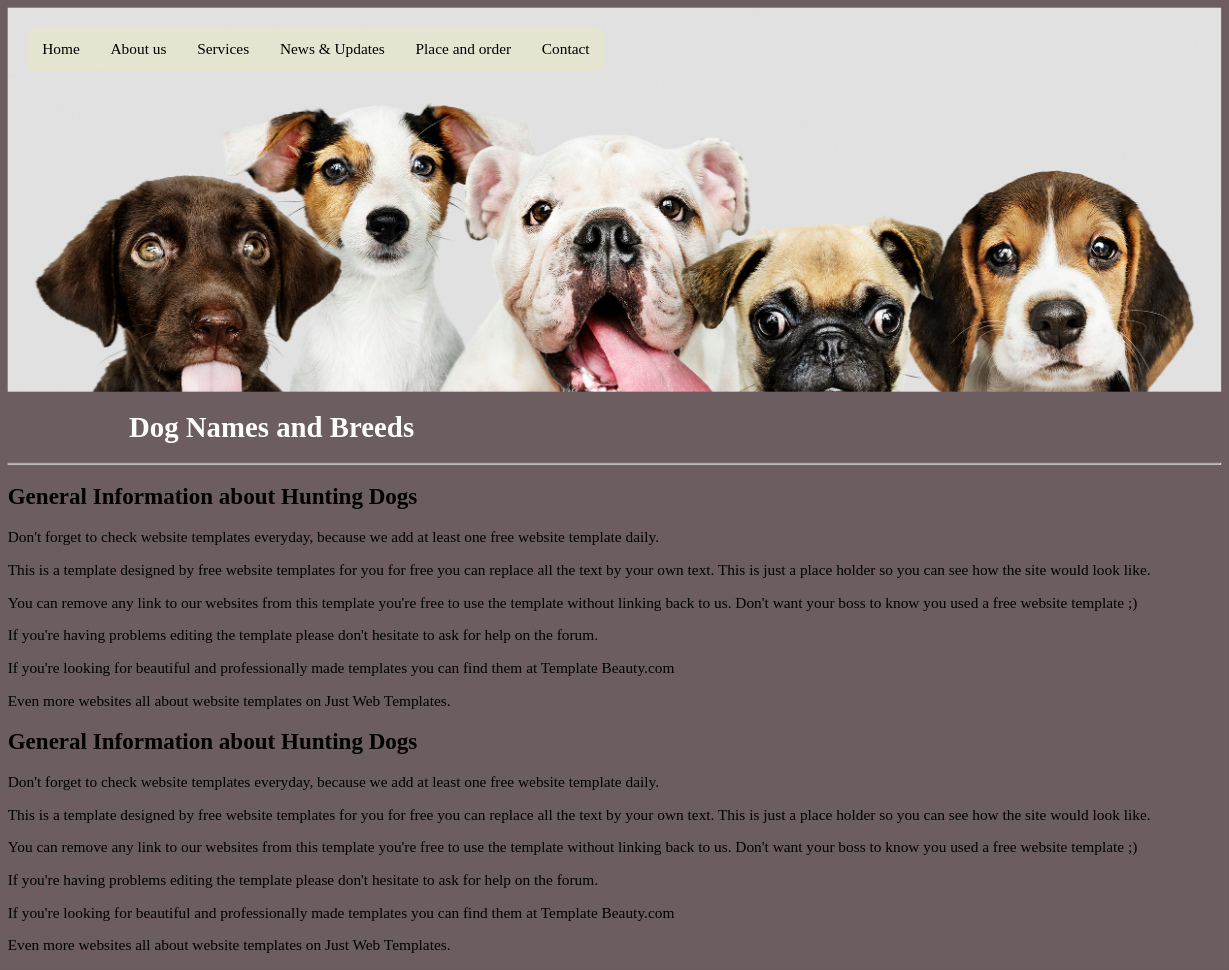
Repository: Tayma-Kazmouz/labwork
Page: index.html
An editor plug-in stored every save of this project. The page is shown before and after the next save, followed by the edit.
The browser window is 1280 px wide. The pictures show the whole page, at 96% of full size.

Above is the page before, as saved 2022-04-04 16:36:00.

### index.html
<!DOCTYPE html>
<html lang="en">
<head>
    <meta charset="UTF-8">
    <meta http-equiv="X-UA-Compatible" content="IE=edge">
    <meta name="viewport" content="width=device-width, initial-scale=1.0">
    <title>LabWork1</title>
    <link rel="stylesheet" href="styles.css">
</head>
<body>
    <div class="banner">
          <div class="nav">
            <ul>
                <li><a class="active" href="#">Home</a></li>
                <li><a href="#">About us</a></li>
                <li><a href="#">Services</a></li>
                <li><a href="#">News & Updates</a></li>
                <li><a href="#">Place and order</a></li>
                <li><a href="#">Contact</a></li>
            </ul>
        </div>
      </div>
      <h1>Dog Names and Breeds</h1>
      <hr>
      <div class="container-one">

          <h2>General Information about Hunting Dogs</h2>
          <p>Don't forget to check website templates everyday, because we add at least one free website template daily.</p>
          <p>This is a template designed by free website templates for you for free you can replace all the text by your own text. This is just a place holder so you can see how the site would look like.</p>
          <p>You can remove any link to our websites from this template you're free to use the template without linking back to us. Don't want your boss to know you used a free website template ;)</p>
          <p>If you're having problems editing the template please don't hesitate to ask for help on the forum.</p>
          <p>If you're looking for beautiful and professionally made templates you can find them at Template Beauty.com</p>
          <p>Even more websites all about website templates on Just Web Templates.</p>

          <h2>General Information about Hunting Dogs</h2>
          <p>Don't forget to check website templates everyday, because we add at least one free website template daily.</p>
          <p>This is a template designed by free website templates for you for free you can replace all the text by your own text. This is just a place holder so you can see how the site would look like.</p>
          <p>You can remove any link to our websites from this template you're free to use the template without linking back to us. Don't want your boss to know you used a free website template ;)</p>
          <p>If you're having problems editing the template please don't hesitate to ask for help on the forum.</p>
          <p>If you're looking for beautiful and professionally made templates you can find them at Template Beauty.com</p>
          <p>Even more websites all about website templates on Just Web Templates.</p>
      </div>
</body>
</html>

### styles.css
body{
    background-color: rgb(107, 93, 96);
}

.banner{
    background-image: url(images/banner.jpg);
    height: 400px;
    position: relative;
    background-position: center;
    background-repeat: no-repeat;
    background-size: cover;
}

.nav{
    background-color: rgb(228, 228, 208);
    border-radius: 10px;
    width: auto;
    position: absolute;
    margin: 20px;
}
ul {
    list-style-type: none;
    margin: 0;
    padding: 0;
    overflow: hidden;
  }

  li {
    float: left;
  }

  li a {
    display: block;
    color: black;
    text-align: center;
    padding: 14px 16px;
    text-decoration: none;
  }

h1{
    color: white;
    font-weight: 600px;
    font-size: 30px;
    margin-left: 10%;
}

After the next save:
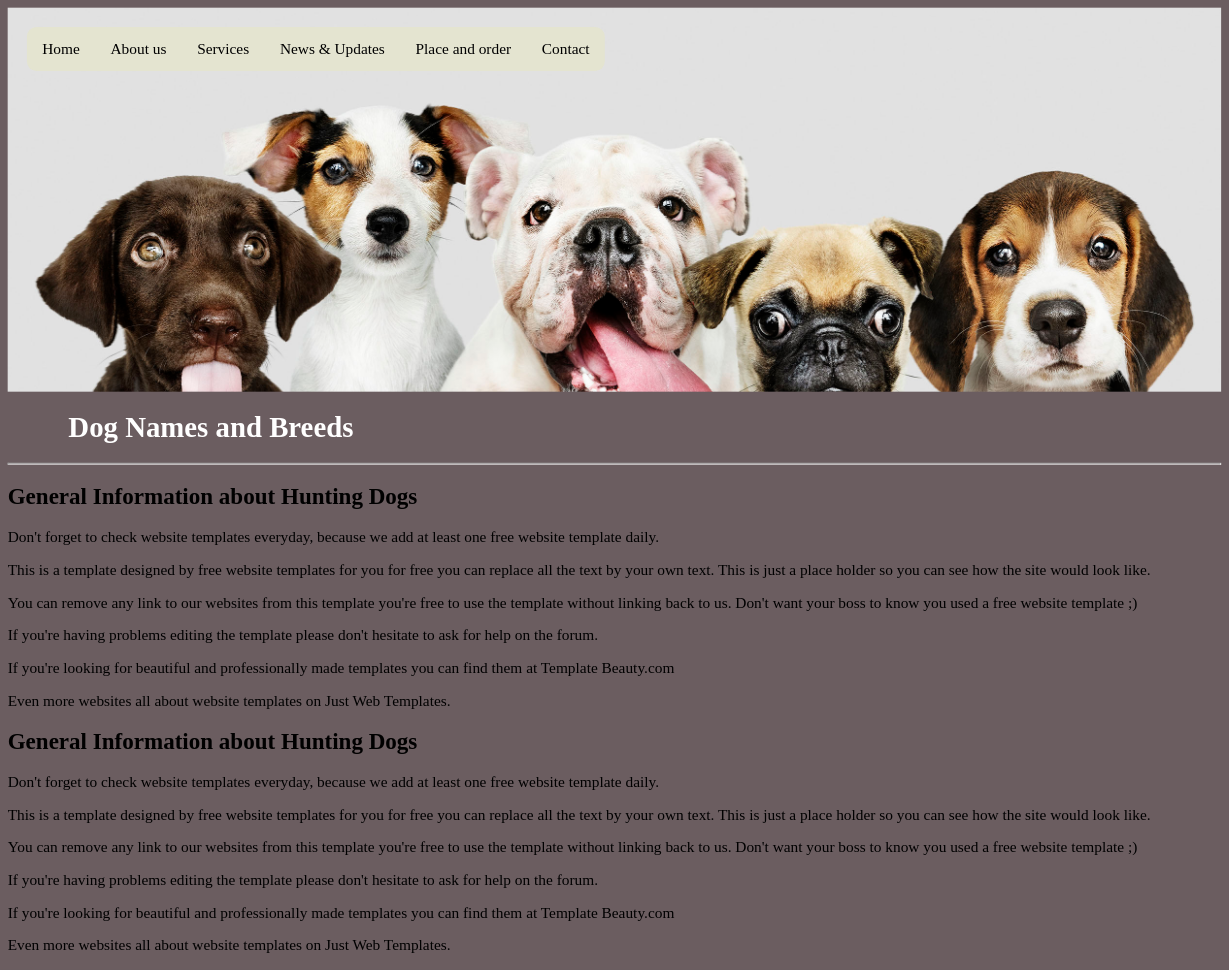
Saved 7 s later.
--- a/styles.css
+++ b/styles.css
@@ -41,5 +41,5 @@ h1{
     color: white;
     font-weight: 600px;
     font-size: 30px;
-    margin-left: 10%;
+    margin-left: 5%;
 }
